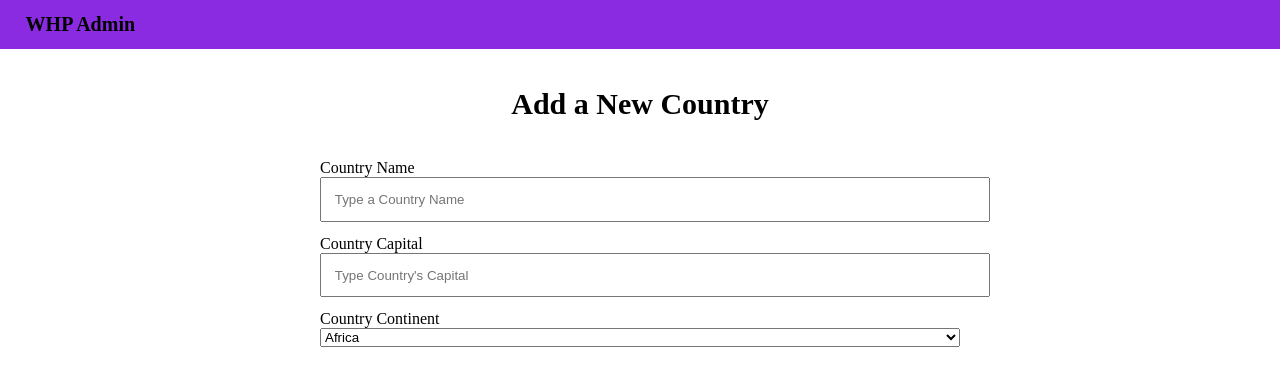
Repository: sabinaPetrisor/World_Hour_Project
Page: http://localhost/WorldHourProject/jsp/add-country.jsp
The author's editor kept a copy of each file at every save. The page is drawn from the files as they stood at one save, then again after the next save.
The browser window is 1280 px wide. The pictures show the whole page.
The page is served by Tomcat 9. Other server files are loaded and not shown.

Above is the page before, as saved 2023-08-04 12:56:28.

### WorldHourProject/src/main/webapp/jsp/add-country.jsp
<%@ page language="java" contentType="text/html; charset=UTF-8"
    pageEncoding="UTF-8"%>
<!DOCTYPE html>
<html>
<head>
	<meta name="viewport" content="width=device-width, initial-scale=1" charset="UTF-8">
	<title>World Hour Project Add Country</title>
	<style> <%@include file="../css/navbar.css" %> </style>
	<style> <%@include file="../css/admin.css" %> </style>
	<style> <%@include file="../css/add-page-admin.css" %> </style>
</head>
<body>
	<%@include file="navbar.jsp" %>

	<div class="content-container">
		<p class="content-container-title">Add a New Country</p>
		<div class="add-form-container">
			<form class="add-form">
				<label for="cname">Country Name</label>
				<input type="text" placeholder="Type a Country Name" class="insert-text" id="cname" name="country-name">
				<label for="ccapital">Country Capital</label>
				<input type="text" placeholder="Type Country's Capital" class="insert-text" id="ccapital" name="country-capital">
				<label for="ccontinent">Country Continent</label>
				<select class="option-selection" id="ccontinent" name="country-continent">
					<option value="africa">Africa</option>
					<option value="america">America</option>
					<option value="asia">Asia</option>
					<option value="atlantic">Atlantic</option>
					<option value="australia">Australia</option>
					<option value="europe">Europe</option>
					<option value="indian">Indian</option>
					<option value="pacific">Pacific</option>
				</select>
			</form>
		</div>
	</div>
</body>
</html>

### WorldHourProject/src/main/webapp/css/navbar.css
.header-container {
	position: relative;
	width: 100%;
	background-color: blueviolet;
	display: flex;
}

.header-title {
	padding-top: 1%;
	padding-bottom: 1%;
	margin-left: 2%;
	margin-right: 2%;
}

.home-page-title {
	font-size: 20px;
	font-weight: bold;
	width: auto;
}

.home-page-title:hover {
	color: cadetblue;
	cursor: pointer;
}

### WorldHourProject/src/main/webapp/css/admin.css
@charset "UTF-8";
* {
	margin: 0;
	width: 100%;
}

.content-container {
	margin-top: 3%;
}

.content-container-title {
	text-align: center;
	font-size: 30px;
	font-weight: bold;
	margin-bottom: 3%;
}

.btn-container {
	display: flex;
	justify-content: center;
}

.add-button {
	padding: 1%;
	margin-bottom: 3%;
	background-color: blueviolet;
	border: none;
	text-align: center;
	font-weight: bold;
	width:auto;
	cursor: pointer;
}

.tbl {
	margin: 0 auto;
	border-collapse: collapse;
	table-layout: auto;
	width: auto;

}

.tbl-col-names {
	border: 2px solid blueviolet;
	background-color: blueviolet;
}

.tbl td, .tbl-col-names th {
  border: 1px solid #dddddd;
  text-align: center;
  width: auto;
}

.tbl tr:nth-child(even) {
  background-color: #dddddd;
}

### WorldHourProject/src/main/webapp/css/add-page-admin.css
@charset "UTF-8";
* {
	margin: 0;
	width: 100%;
}

.add-form-container {
	display: flex;
	justify-content: center;
}

.add-form {
	width: 50%;
}

.insert-text {
	margin-bottom: 2%;
	padding: 2%;
}

### WorldHourProject/src/main/webapp/jsp/navbar.jsp
<div class="header-container">
	<div class="header-title">
		<span class="home-page-title">WHP Admin</span>
	</div>
</div>

After the next save:
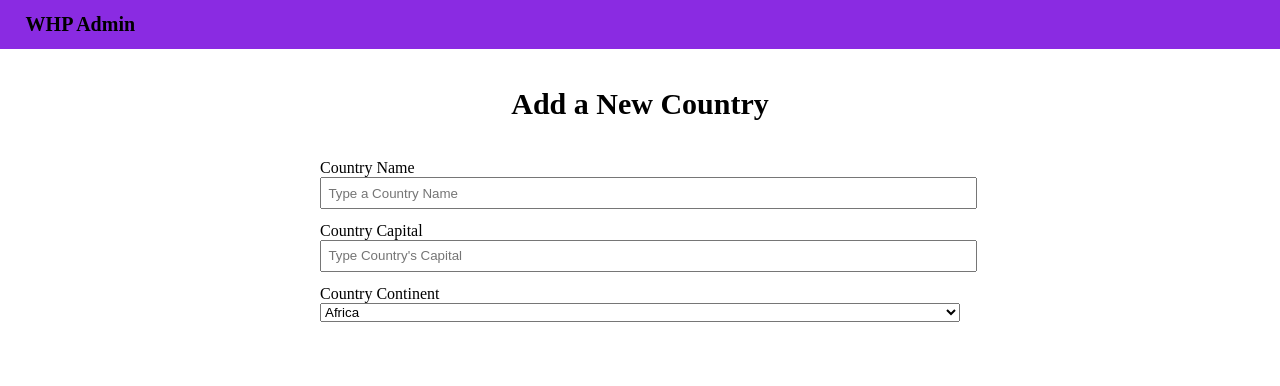
Saved 6 s later.
--- a/WorldHourProject/src/main/webapp/css/add-page-admin.css
+++ b/WorldHourProject/src/main/webapp/css/add-page-admin.css
@@ -15,5 +15,5 @@
 
 .insert-text {
 	margin-bottom: 2%;
-	padding: 2%;
+	padding: 1%;
 }
